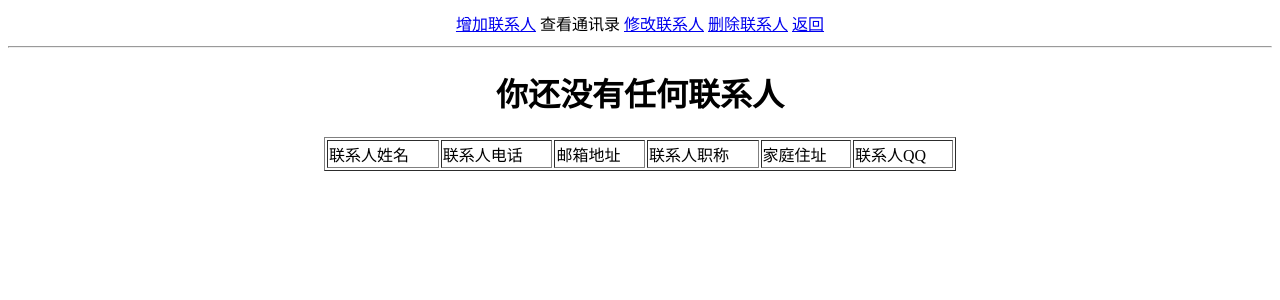
Repository: zy840055899/old-workspace
Page: http://localhost/PIMS/friendManager/lookFriend.jsp
The author's editor kept a copy of each file at every save. The page is drawn from the files as they stood at one save, then again after the next save.
The browser window is 1280 px wide. The pictures show the whole page.
The page is served by Tomcat 9. Other server files are loaded and not shown.

Above is the page before, as saved 2014-03-16 02:36:51.

### PIMS/WebContent/friendManager/lookFriend.jsp
<%@page import="friendManager.LookFriendBean"%>
<%@page import="java.util.ArrayList"%>
<%@ page language="java" contentType="text/html; charset=UTF-8"
    pageEncoding="UTF-8"%>
<!DOCTYPE html PUBLIC "-//W3C//DTD HTML 4.01 Transitional//EN" "http://www.w3.org/TR/html4/loose.dtd">
<html>
<head>
<meta http-equiv="Content-Type" content="text/html; charset=UTF-8">
<title>个人信息管理系统--查看通讯录</title>
</head>
<body>

<center>

<table>

<tr>
<td><a href="http://localhost:8080/PIMS/friendManager/addFriend.jsp">增加联系人</a></td>
<td>查看通讯录</td>
<td><a href="http://localhost:8080/PIMS/friendManager/updateFriend.jsp">修改联系人</a></td>
<td><a href="http://localhost:8080/PIMS/friendManager/deleteFriend.jsp">删除联系人</a></td>
<td><a href="http://localhost:8080/PIMS/main/main.jsp">返回</a></td>
</tr>

</table><hr>

<table border="1" width="50%">

<tr>
<td>联系人姓名</td>
<td>联系人电话</td>
<td>邮箱地址</td>
<td>联系人职称</td>
<td>家庭住址</td>
<td>联系人QQ</td>
</tr>

<%
ArrayList friendslist = (ArrayList)session.getAttribute("friendslist");
if(friendslist == null || friendslist.size() == 0)
{
%>
<div>
<h1>你还没有任何联系人</h1>
</div>
<%
}
else
{
	for(int i = friendslist.size() - 1; i >= 0; i--)
	{
		LookFriendBean ff = (LookFriendBean)friendslist.get(i);
%>

<tr>
<td><%=ff.getName() %></td>
<td><%=ff.getPhone() %></td>
<td><%=ff.getEmail() %></td>
<td><%=ff.getWorkplace() %></td>
<td><%=ff.getPlace() %></td>
<td><%=ff.getQQ() %></td>
</tr>
<%
	}
}
%>

</table>

</center>

</body>
</html>

After the next save:
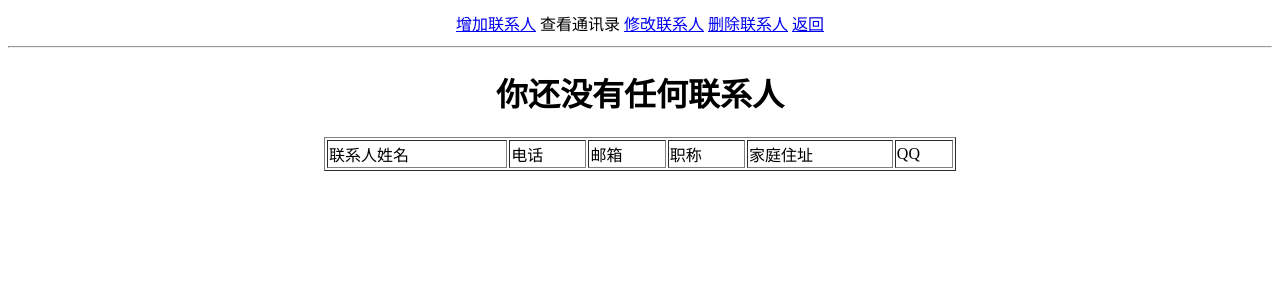
Saved 66 s later.
--- a/PIMS/WebContent/friendManager/lookFriend.jsp
+++ b/PIMS/WebContent/friendManager/lookFriend.jsp
@@ -28,11 +28,11 @@
 
 <tr>
 <td>联系人姓名</td>
-<td>联系人电话</td>
-<td>邮箱地址</td>
-<td>联系人职称</td>
+<td>电话</td>
+<td>邮箱</td>
+<td>职称</td>
 <td>家庭住址</td>
-<td>联系人QQ</td>
+<td>QQ</td>
 </tr>
 
 <%
